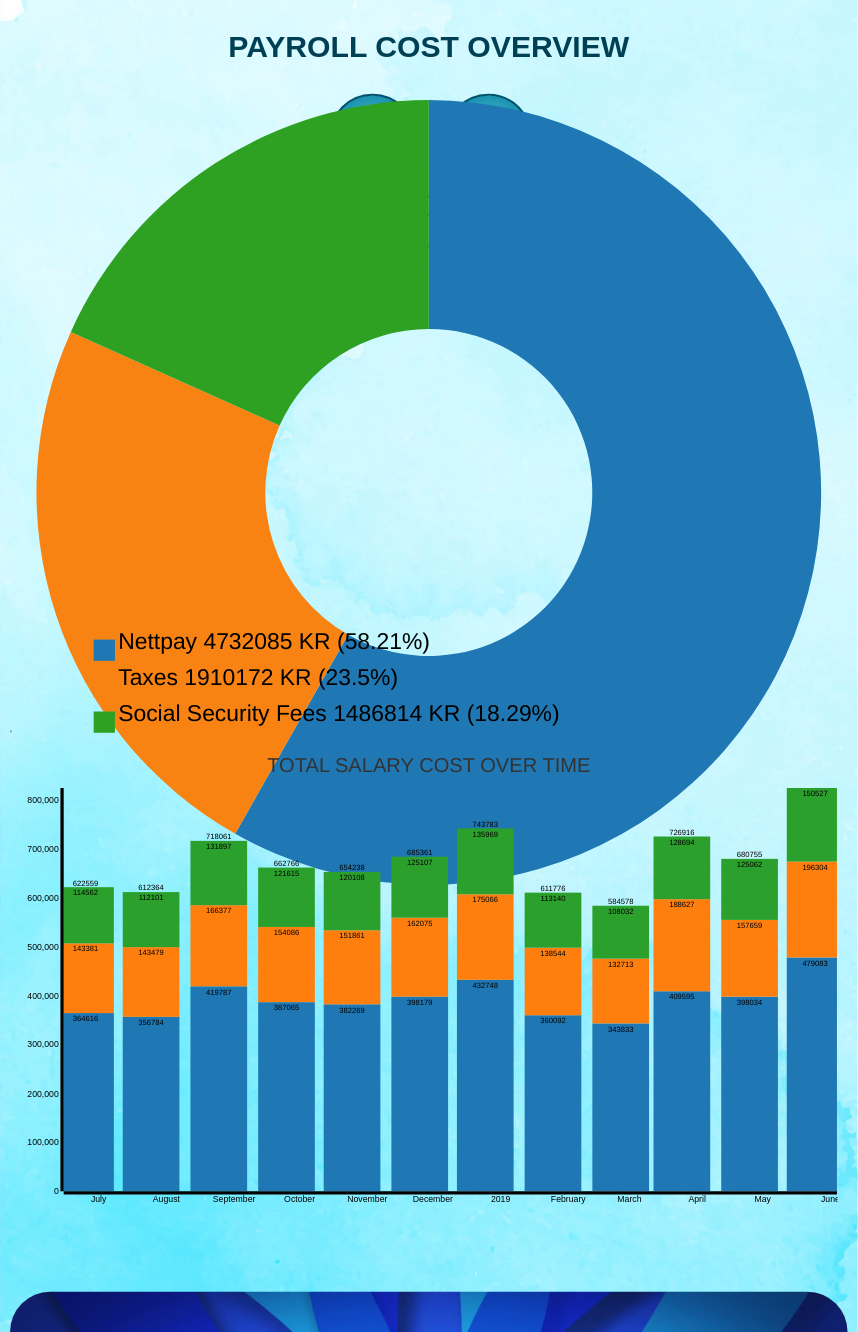
Repository: Code-Institute-Submissions/danfiliphoff-Milestoneproject-2
Page: total_cost.html
The author's editor kept a record of every edit. The page is drawn from the files as they stood at one moment, then again after the next edit.
The browser window is 1280 px wide. The pictures show the whole page, at 67% of full size.

Above is the page before.

After the next edit:
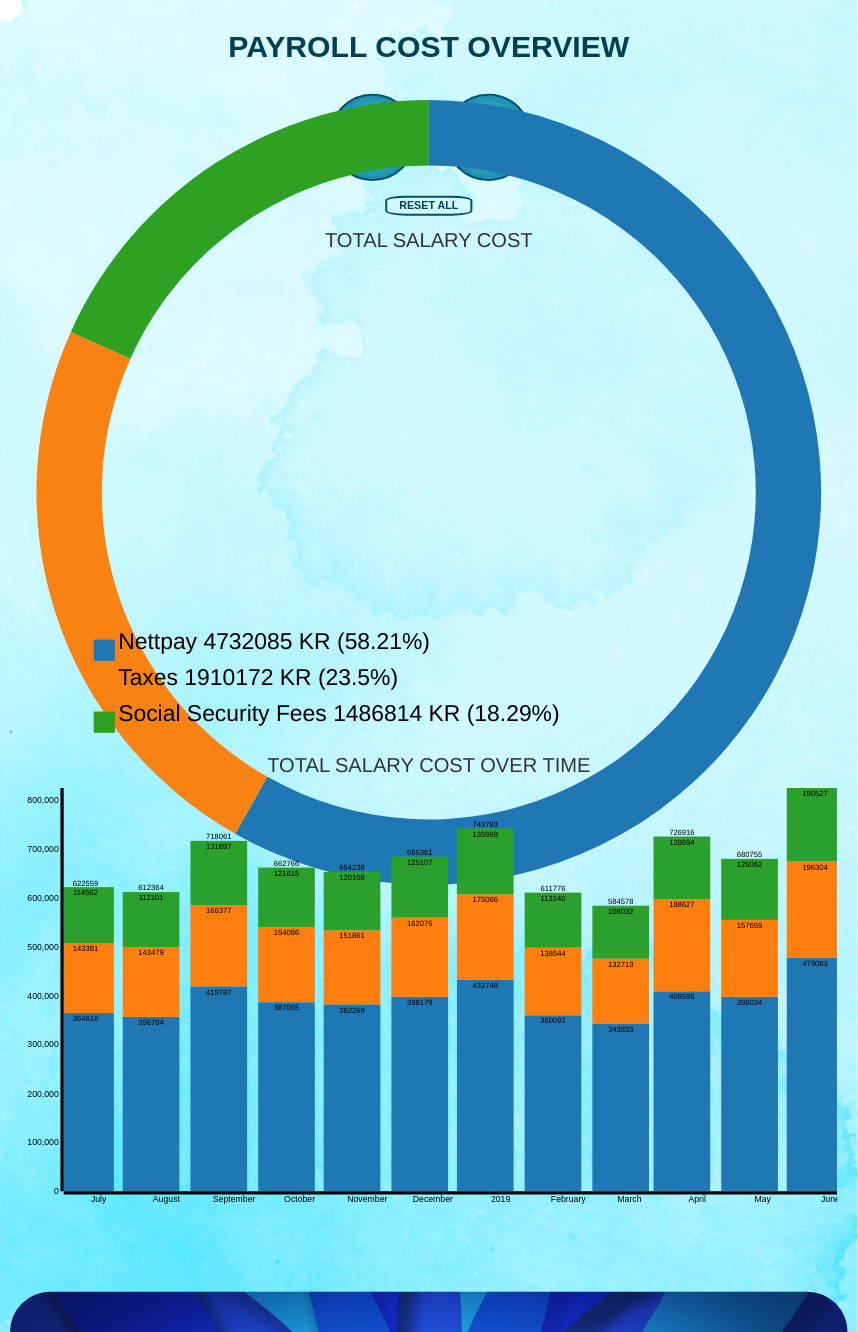
The edit:
--- a/static/js/total_cost.js
+++ b/static/js/total_cost.js
@@ -105,7 +105,7 @@
         .width(500)
         .radius(240)
         .useViewBoxResizing(true)
-        .innerRadius(100)
+        .innerRadius(200)
         .transitionDuration(1500)
         .dimension(type_dim)
         .group(total_cost_pie_chart)
